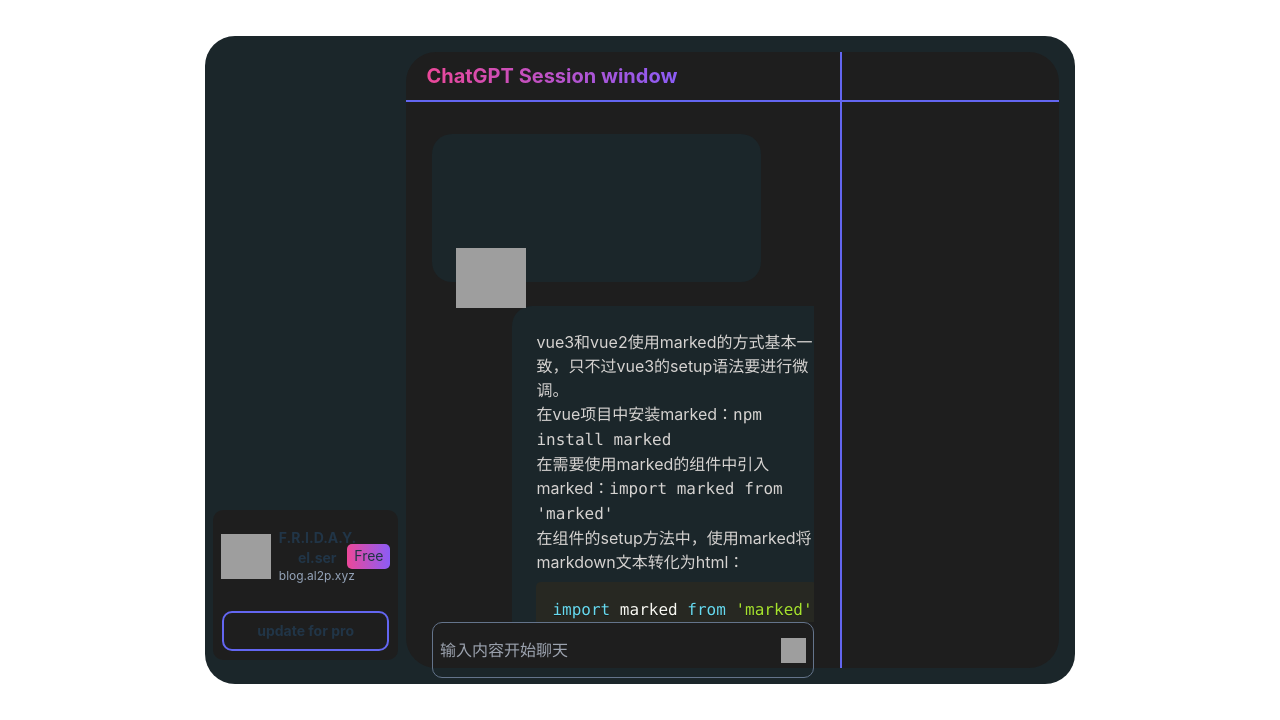
Repository: yezhonghu0503/chatgpt-vue-lac
Page: /
An editor plug-in stored every save of this project. The page is shown before and after the next save, followed by the edit.
The browser window is 1280 px wide. The pictures show the whole page.
Pictures or frames that could not be fetched are drawn as grey boxes. The project was rebuilt for these pictures with package versions that can differ from the ones it lists, and the page was loaded fresh each time. Also part of the build but not shown: vite.config.ts.

Above is the page before, as saved 2023-06-01 11:18:57.

After the next save:
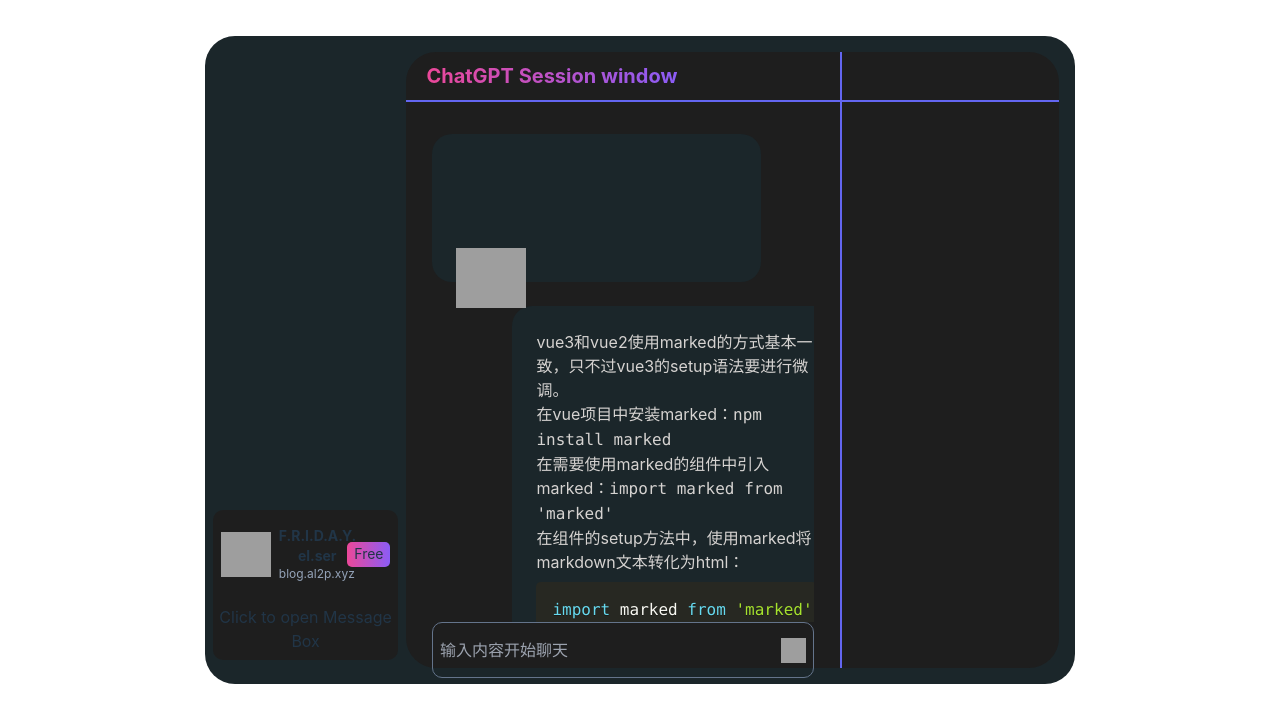
Saved 7 min 43 s later.
--- a/src/components/chat-menu/chatMenu.vue
+++ b/src/components/chat-menu/chatMenu.vue
@@ -20,15 +20,27 @@
           Free
         </div>
       </div>
-      <div
+      <el-button text @click="open">Click to open Message Box</el-button>
+      <!-- <div
+      @click="getToken"
         class="text-sm flex items-center justify-center w-[13vw] h-[40px] rounded-[10px] border-2 border-indigo-500 font-bold"
       >
         update for pro
-      </div>
+      </div> -->
     </div>
   </div>
 </template>
 
-<script lang="ts" setup></script>
+<script lang="ts" setup>
+import { login } from "../../api/login";
+import { ElMessage, ElMessageBox } from "element-plus";
+const getToken = async () => {
+  const loginFrom = {
+    passphrase: "hugiegie",
+  };
+  const res = await login(loginFrom);
+  console.log(res);
+};
+</script>
 
 <style lang="less" scoped></style>
